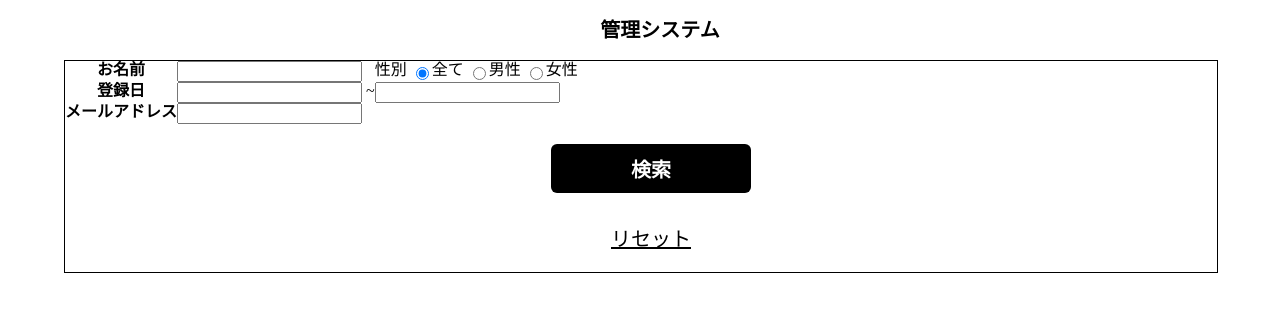
Repository: masanarimiura/20220723_miura_advance_test
Page: http://localhost/manage
The author's editor kept a copy of each file at every save. The page is drawn from the files as they stood at one save, then again after the next save.
The browser window is 1280 px wide. The pictures show the whole page.
The page is served by the project's Laravel application, run on PHP 8.4 with Laravel 8.

Above is the page before, as saved 2022-07-19 20:24:16.

After the next save:
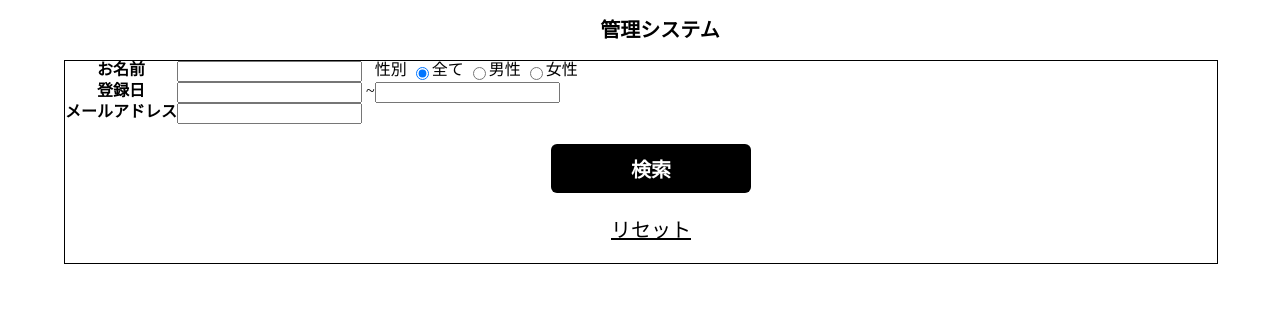
Saved 28 s later.
--- a/resources/views/manage.blade.php
+++ b/resources/views/manage.blade.php
@@ -146,7 +146,6 @@ input, select {
 .return-btn{
   border: none;
   margin: 0 auto;
-  padding-top: 10px;
   padding-bottom: 10px;
   display: block;
   background: #fff;
